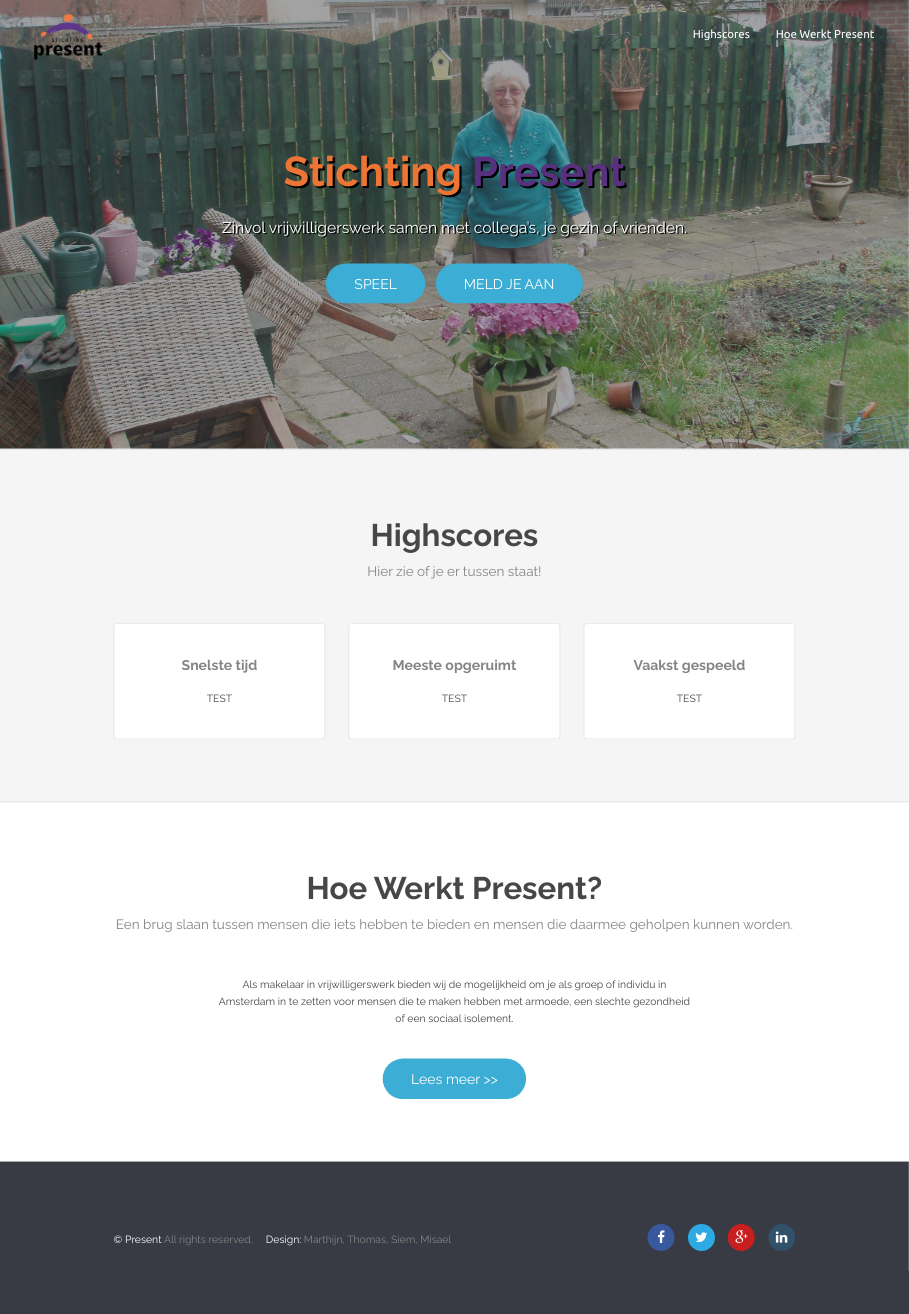
Repository: siemdicou/stichtingpresent
Page: website/index.html
The author's editor kept a record of every edit. The page is drawn from the files as they stood at one moment, then again after the next edit.
The browser window is 1280 px wide. The pictures show the whole page, at 71% of full size.
Backgrounds fixed to the window are drawn as part of the page.

Above is the page before.

### website/index.html
<!DOCTYPE html>
<html lang="en">
	<head>
		<meta charset="UTF-8">
		<title>Stichting Present</title>
		<meta http-equiv="content-type" content="text/html; charset=utf-8" />
		<meta name="description" content="" />
		<meta name="keywords" content="" />
		<!--[if lte IE 8]><script src="js/html5shiv.js"></script><![endif]-->
		<script src="js/jquery.min.js"></script>
		<script src="js/skel.min.js"></script>
		<script src="js/skel-layers.min.js"></script>
		<script src="js/init.js"></script>
		<link rel="apple-touch-icon" sizes="57x57" href="images/favicon/apple-icon-57x57.png">
		<link rel="apple-touch-icon" sizes="60x60" href="images/favicon/apple-icon-60x60.png">
		<link rel="apple-touch-icon" sizes="72x72" href="images/favicon/apple-icon-72x72.png">
		<link rel="apple-touch-icon" sizes="76x76" href="images/favicon/apple-icon-76x76.png">
		<link rel="apple-touch-icon" sizes="114x114" href="images/favicon/apple-icon-114x114.png">
		<link rel="apple-touch-icon" sizes="120x120" href="images/favicon/apple-icon-120x120.png">
		<link rel="apple-touch-icon" sizes="144x144" href="images/favicon/apple-icon-144x144.png">
		<link rel="apple-touch-icon" sizes="152x152" href="images/favicon/apple-icon-152x152.png">
		<link rel="apple-touch-icon" sizes="180x180" href="images/favicon/apple-icon-180x180.png">
		<link rel="icon" type="image/png" sizes="192x192"  href="images/favicon/android-icon-192x192.png">
		<link rel="icon" type="image/png" sizes="32x32" href="images/favicon/favicon-32x32.png">
		<link rel="icon" type="image/png" sizes="96x96" href="images/favicon/favicon-96x96.png">
		<link rel="icon" type="image/png" sizes="16x16" href="images/favicon/favicon-16x16.png">
		<link rel="manifest" href="/manifest.json">
		<meta name="msapplication-TileColor" content="#ffffff">
		<meta name="msapplication-TileImage" content="/ms-icon-144x144.png">
		<meta name="theme-color" content="#ffffff">
		<noscript>
			<link rel="stylesheet" href="css/skel.css" />
			<link rel="stylesheet" href="css/style.css" />
			<link rel="stylesheet" href="css/style-xlarge.css" />
			<link rel="stylesheet" href="css/hover.css" />
			<link href="images/favicon.ico" rel="shortcut icon"></link>
		</noscript>
		<script>
	// dit is een ander scriptje dat zorgt voor een VLOEIEND SCROLLEN.
$(function() {
  $('a[href*=#]:not([href=#])').click(function() {
    if (location.pathname.replace(/^\//,'') == this.pathname.replace(/^\//,'') && location.hostname == this.hostname) {
      var target = $(this.hash);
      target = target.length ? target : $('[name=' + this.hash.slice(1) +']');
      if (target.length) {
        $('html,body').animate({
          scrollTop: target.offset().top
        }, 1000);
        return false;
      }
    }
  });
});
</script>
	</head>
	<body class="landing">

		<!-- Header -->
			<header id="header">
				<h1><a href="index.html"><img class="logo" src="images/logo.gif" width="100" height="64"  alt=""/></a></h1>
				<nav id="nav">
					<ul>
						<li><a href="#one">Highscores</a></li>
						<li><a href="#two">Hoe Werkt Present</a></li>
					</ul>
				</nav>
			</header>

		<!-- Banner -->
			<section id="banner">
				<h2><FONT COLOR="#EC7535">Stichting</FONT> <FONT COLOR="#58307D">Present</FONT></h2>
				<p>Zinvol vrijwilligerswerk samen met collega’s, je gezin of vrienden.</p>
				<ul class="actions">
					<li>
						<a href="#" target="_blank" class="button big buttsp">SPEEL</a>&nbsp;&nbsp;&nbsp;
						<a href="http://stichtingpresent.nl/amsterdam/aanmelden/" target="_blank" class="button big buttme">MELD JE AAN</a>
					</li>
				</ul>
			</section>
		<!-- One -->
			<section id="one" class="wrapper style1 special">
				<div class="container">
					<header class="major">
						<h2>Highscores</h2>
						<p>Hier zie of je er tussen staat!</p>
					</header>
					<div class="row 150%">
						<div class="4u 12u$(medium)">
							<section class="box">
								<h3>Snelste tijd</h3>
								<p>TEST</p>
							</section>
						</div>
						<div class="4u 12u$(medium)">
							<section class="box">
								<h3>Meeste opgeruimt</h3>
								<p>TEST</p>
							</section>
						</div>
						<div class="4u$ 12u$(medium)">
							<section class="box">
								<h3>Vaakst gespeeld</h3>
								<p>TEST</p>
							</section>
						</div>
					</div>
				</div>
			</section>

		<!-- Two -->
			<section id="two" class="wrapper style2 special">
				<div class="container">
					<header class="major">
						<h2>Hoe Werkt Present?</h2>
						<p>Een brug slaan tussen mensen die iets hebben te bieden en mensen die daarmee geholpen kunnen worden.</p>
					</header>
					<footer>
						<p>Als makelaar in vrijwilligerswerk bieden wij de mogelijkheid om je als groep of individu in Amsterdam in te zetten voor mensen die te maken hebben met armoede, een slechte gezondheid of een sociaal isolement.</p>
						<ul class="actions">
							<li>
								<a href="http://stichtingpresent.nl/amsterdam/hoe-werkt-present/voor-vrijwilligers/" target="_blank" class="button big">Lees meer >></a>
							</li>
						</ul>
					</footer>
				</div>
			</section>

		<!-- Three -->
		<!--	<section id="three" class="wrapper style3 special">-->
		<!--		<div class="container">-->
		<!--			<header class="major">-->
		<!--				<h2>Aanmelden</h2>-->
		<!--				<p>Meld je aan en help Stichting Present!</p>-->
		<!--			</header>-->
		<!--		</div>-->
		<!--		<div class="container 50%">-->
		<!--			<form action="#" method="post">-->
		<!--				<div class="row uniform">-->
		<!--					<div class="6u 12u$(small)">-->
		<!--						<input name="name" id="name" value="" placeholder="Naam" type="text">-->
		<!--					</div>-->
		<!--					<div class="6u$ 12u$(small)">-->
		<!--						<input name="email" id="email" value="" placeholder="Email" type="email">-->
		<!--					</div>-->
		<!--					<div class="12u$">-->
		<!--						<textarea name="message" id="message" placeholder="Bericht" rows="6"></textarea>-->
		<!--					</div>-->
		<!--					<div class="12u$">-->
		<!--						<ul class="actions">-->
		<!--							<li><input value="Verzenden" class="special big" type="submit"></li>-->
		<!--						</ul>-->
		<!--					</div>-->
		<!--				</div>-->
		<!--			</form>-->
		<!--		</div>-->
		<!--	</section>-->

		<!-- Footer -->
			<footer id="footer">
				<div class="container">
					<!--<section class="links">-->
					<!--	<div class="row">-->
					<!--		<section class="3u 6u(medium) 12u$(small)">-->
					<!--			<h3>Lorem ipsum dolor</h3>-->
					<!--			<ul class="unstyled">-->
					<!--				<li><a href="#">Lorem ipsum dolor sit</a></li>-->
					<!--				<li><a href="#">Nesciunt itaque, alias possimus</a></li>-->
					<!--				<li><a href="#">Optio rerum beatae autem</a></li>-->
					<!--				<li><a href="#">Nostrum nemo dolorum facilis</a></li>-->
					<!--				<li><a href="#">Quo fugit dolor totam</a></li>-->
					<!--			</ul>-->
					<!--		</section>-->
					<!--		<section class="3u 6u$(medium) 12u$(small)">-->
					<!--			<h3>Culpa quia, nesciunt</h3>-->
					<!--			<ul class="unstyled">-->
					<!--				<li><a href="#">Lorem ipsum dolor sit</a></li>-->
					<!--				<li><a href="#">Reiciendis dicta laboriosam enim</a></li>-->
					<!--				<li><a href="#">Corporis, non aut rerum</a></li>-->
					<!--				<li><a href="#">Laboriosam nulla voluptas, harum</a></li>-->
					<!--				<li><a href="#">Facere eligendi, inventore dolor</a></li>-->
					<!--			</ul>-->
					<!--		</section>-->
					<!--		<section class="3u 6u(medium) 12u$(small)">-->
					<!--			<h3>Neque, dolore, facere</h3>-->
					<!--			<ul class="unstyled">-->
					<!--				<li><a href="#">Lorem ipsum dolor sit</a></li>-->
					<!--				<li><a href="#">Distinctio, inventore quidem nesciunt</a></li>-->
					<!--				<li><a href="#">Explicabo inventore itaque autem</a></li>-->
					<!--				<li><a href="#">Aperiam harum, sint quibusdam</a></li>-->
					<!--				<li><a href="#">Labore excepturi assumenda</a></li>-->
					<!--			</ul>-->
					<!--		</section>-->
					<!--		<section class="3u$ 6u$(medium) 12u$(small)">-->
					<!--			<h3>Illum, tempori, saepe</h3>-->
					<!--			<ul class="unstyled">-->
					<!--				<li><a href="#">Lorem ipsum dolor sit</a></li>-->
					<!--				<li><a href="#">Recusandae, culpa necessita nam</a></li>-->
					<!--				<li><a href="#">Cupiditate, debitis adipisci blandi</a></li>-->
					<!--				<li><a href="#">Tempore nam, enim quia</a></li>-->
					<!--				<li><a href="#">Explicabo molestiae dolor labore</a></li>-->
					<!--			</ul>-->
					<!--		</section>-->
					<!--	</div>-->
					<!--</section>-->
					<div class="row">
						<div class="8u 12u$(medium)">
							<ul class="copyright">
								<li><a href="http://stichtingpresent.nl/amsterdam/" target="_blank"><FONT COLOR="#fff">&copy; Present</FONT></a> All rights reserved.</li>
								<li><FONT COLOR="#fff">Design:</FONT> Marthijn, Thomas, Siem, Misael</li>
							</ul>
						</div>
						<div class="4u$ 12u$(medium)">
							<ul class="icons">
								<li>
									<a href="https://twitter.com/Presentnl" class="icon rounded fa-facebook"><span class="label">Facebook</span></a>
								</li>
								<li>
									<a href="https://twitter.com/Presentnl" class="icon rounded fa-twitter"><span class="label">Twitter</span></a>
								</li>
								<li>
									<a href="https://twitter.com/Presentnl" class="icon rounded fa-google-plus"><span class="label">Google+</span></a>
								</li>
								<li>
									<a class="icon rounded fa-linkedin"><span class="label">LinkedIn</span></a>
								</li>
							</ul>
						</div>
					</div>
				</div>
			</footer>

	</body>
</html>

Loaded but not shown: website/js/jquery.min.js (library); website/js/skel.min.js (library); website/js/skel-layers.min.js (library); website/css/style-xlarge.css (common file); website/css/style-large.css (common file); website/css/font-awesome.min.css (library); website/js/init.js (88 lines, source omitted); website/css/style.css (1264 lines, source omitted)

After the next edit:
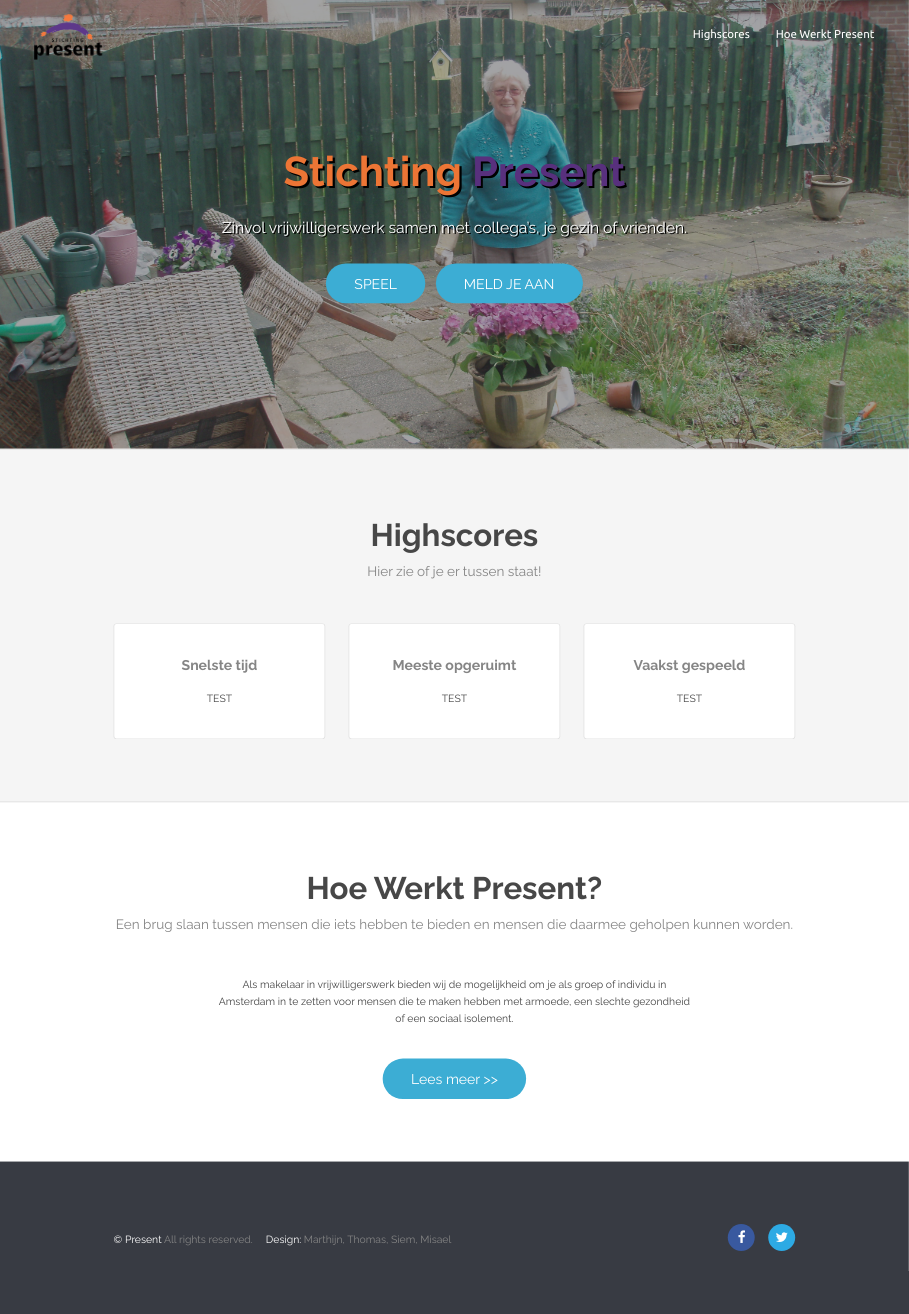
The edit:
--- a/website/index.html
+++ b/website/index.html
@@ -217,12 +217,12 @@
 								<li>
 									<a href="https://twitter.com/Presentnl" class="icon rounded fa-twitter"><span class="label">Twitter</span></a>
 								</li>
-								<li>
-									<a href="https://twitter.com/Presentnl" class="icon rounded fa-google-plus"><span class="label">Google+</span></a>
-								</li>
-								<li>
-									<a class="icon rounded fa-linkedin"><span class="label">LinkedIn</span></a>
-								</li>
+								<!--<li>-->
+								<!--	<a href="https://twitter.com/Presentnl" class="icon rounded fa-google-plus"><span class="label">Google+</span></a>-->
+								<!--</li>-->
+								<!--<li>-->
+								<!--	<a href="https://twitter.com/Presentnl" class="icon rounded fa-linkedin"><span class="label">LinkedIn</span></a>-->
+								<!--</li>-->
 							</ul>
 						</div>
 					</div>
